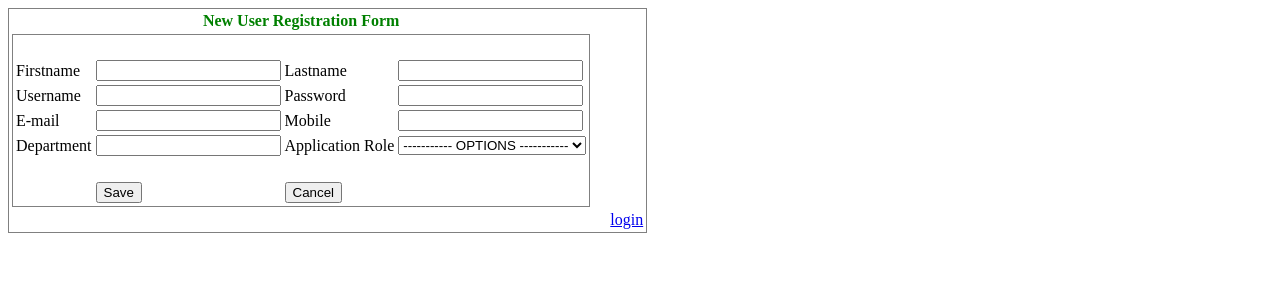
Repository: guribrar/enrolmentapp
Page: http://localhost/enrolmentapp/newuser.jsp
The author's editor kept a copy of each file at every save. The page is drawn from the files as they stood at one save, then again after the next save.
The browser window is 1280 px wide. The pictures show the whole page.
The page is served by Tomcat 9. Other server files are loaded and not shown. Queries for data that is not in the repository find no rows.

Above is the page before, as saved 2016-12-31 17:06:40.

### enrolmentapp/WebContent/newuser.jsp
<%@ page language="java" contentType="text/html; charset=ISO-8859-1"
    pageEncoding="ISO-8859-1"%>
<%@ taglib uri="http://java.sun.com/jsp/jstl/sql" prefix="sql" %>
<%@ taglib uri="http://java.sun.com/jsp/jstl/core" prefix="c" %>

<!DOCTYPE html PUBLIC "-//W3C//DTD HTML 4.01 Transitional//EN" "http://www.w3.org/TR/html4/loose.dtd">

<sql:query var="rs" dataSource="jdbc/enrolmentapp">
	select role from enrolmentapp.role
</sql:query>

<html>
<head>
<meta http-equiv="Content-Type" content="text/html; charset=ISO-8859-1">
<title>New User Registration</title>
</head>
<body>
<table frame="box">
	<tr>
		<th><font color="green">New User Registration Form</font></th>
	</tr>
	<tr>
		<td>
			<form action="UserRegistrationServlet">
			<table frame="box">
				<tr>
					<td>&nbsp;</td>
					<td>&nbsp;</td>
					<td>&nbsp;</td>
					<td>&nbsp;</td>
				</tr>
				<tr>
					<td>Firstname</td>
					<td><input type="text" name="firstname" value="" /></td>
					<td>Lastname</td>
					<td><input type="text" name="lastname" value="" /></td>
				</tr>
				<tr>
					<td>Username</td>
					<td><input type="text" name="username" value="" /></td>
					<td>Password</td>
					<td><input type="password" name="password" value="" /></td>
				</tr>
				<tr>
					<td>E-mail</td>
					<td><input type="text" name="email" value="" /></td>
					<td>Mobile</td>
					<td><input type="text" name="mobile" value="" /></td>
				</tr>
				<tr>
					<td>Department</td>
					<td><input type="text" name="email" value="" /></td>
					<td>Application Role</td>
					<td>
						<select name="role">
							<option value="">----------- OPTIONS -----------</option>
							<c:forEach var="row" items="${rs.rows}">
    							<option value="${row.role}">${row.role}</option>
							</c:forEach>
						</select>
					</td>
				</tr>
				<tr>
					<td>&nbsp;</td>
					<td>&nbsp;</td>
					<td>&nbsp;</td>
					<td>&nbsp;</td>
				</tr>
				<tr>
					<td>&nbsp;</td>
					<td><input type="submit" name="save" value="Save"/></td>
					<td><input type="submit" name="cancel" value="Cancel"/></td>
					<td>&nbsp;</td>
				</tr>
			</table>
			</form>
		</td>
	</tr>
	<tr>
		<td>&nbsp;</td>
		<td>&nbsp;</td>
		<td>&nbsp;</td>
		<td><a href="login.jsp">login</a></td>
	</tr>
</table>
</body>
</html>

### enrolmentapp/WebContent/css/style.css
@CHARSET "ISO-8859-1";

div.container {
    width: 100%;
    border: 1px solid gray;
}

header, footer {
    padding: 1em;
    color: white;
    background-color: #FF5733;
    clear: left;
    text-align: center;
}

nav {
    float: left;
    max-width: 160px;
    margin: 0;
    padding: 1em;
}

nav ul {
    list-style-type: none;
    padding: 0;
}

nav ul a {
    text-decoration: none;
}

article {
    margin-left: 170px;
    border-left: 1px solid gray;
    padding: 1em;
    overflow: hidden;
}

After the next save:
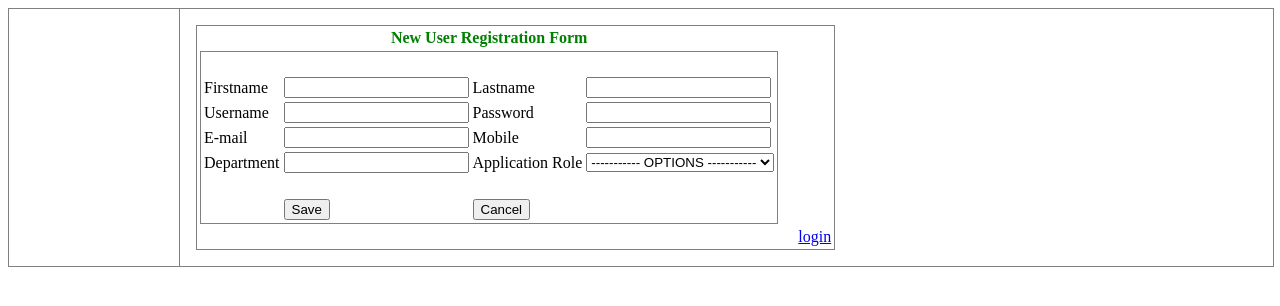
Saved 4 min 3 s later.
--- a/enrolmentapp/WebContent/newuser.jsp
+++ b/enrolmentapp/WebContent/newuser.jsp
@@ -12,9 +12,12 @@
 <html>
 <head>
 <meta http-equiv="Content-Type" content="text/html; charset=ISO-8859-1">
+<link rel="stylesheet" type="text/css" href="css/style.css">
 <title>New User Registration</title>
 </head>
 <body>
+<div class="container">
+<article>
 <table frame="box">
 	<tr>
 		<th><font color="green">New User Registration Form</font></th>
@@ -83,5 +86,10 @@
 		<td><a href="login.jsp">login</a></td>
 	</tr>
 </table>
+</article>
+</div>
+
+
+
 </body>
 </html>
